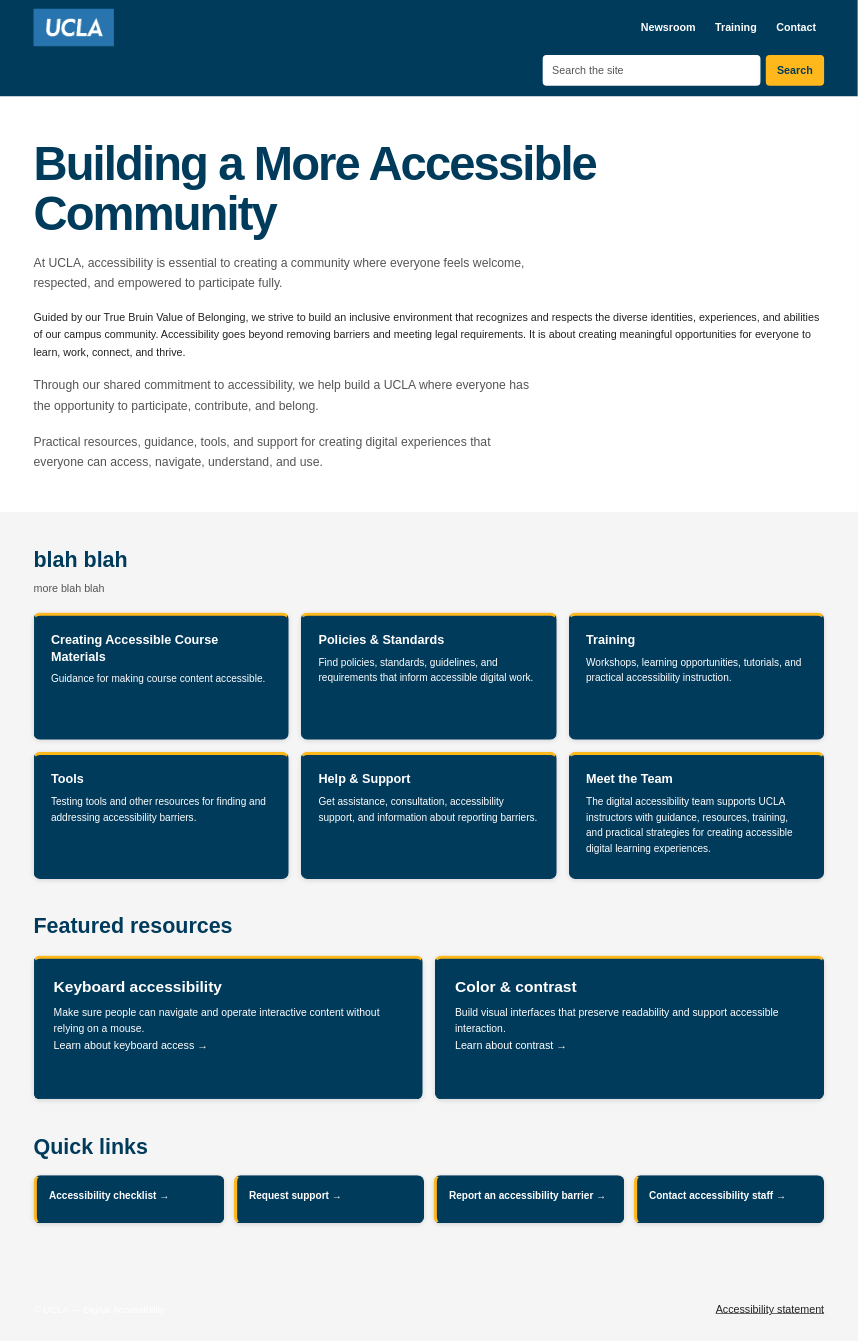
Repository: PSunnywell/UCLA-A11y-barrier-page
Page: index.html
These files come from the project's save history. The page is drawn as it stood at one moment and after the next save; the edit follows.
The browser window is 1280 px wide. The pictures show the whole page, at 67% of full size.

Above is the page before, as saved 2026-10-13 16:04:46.
Not found: search.js

After the next save:
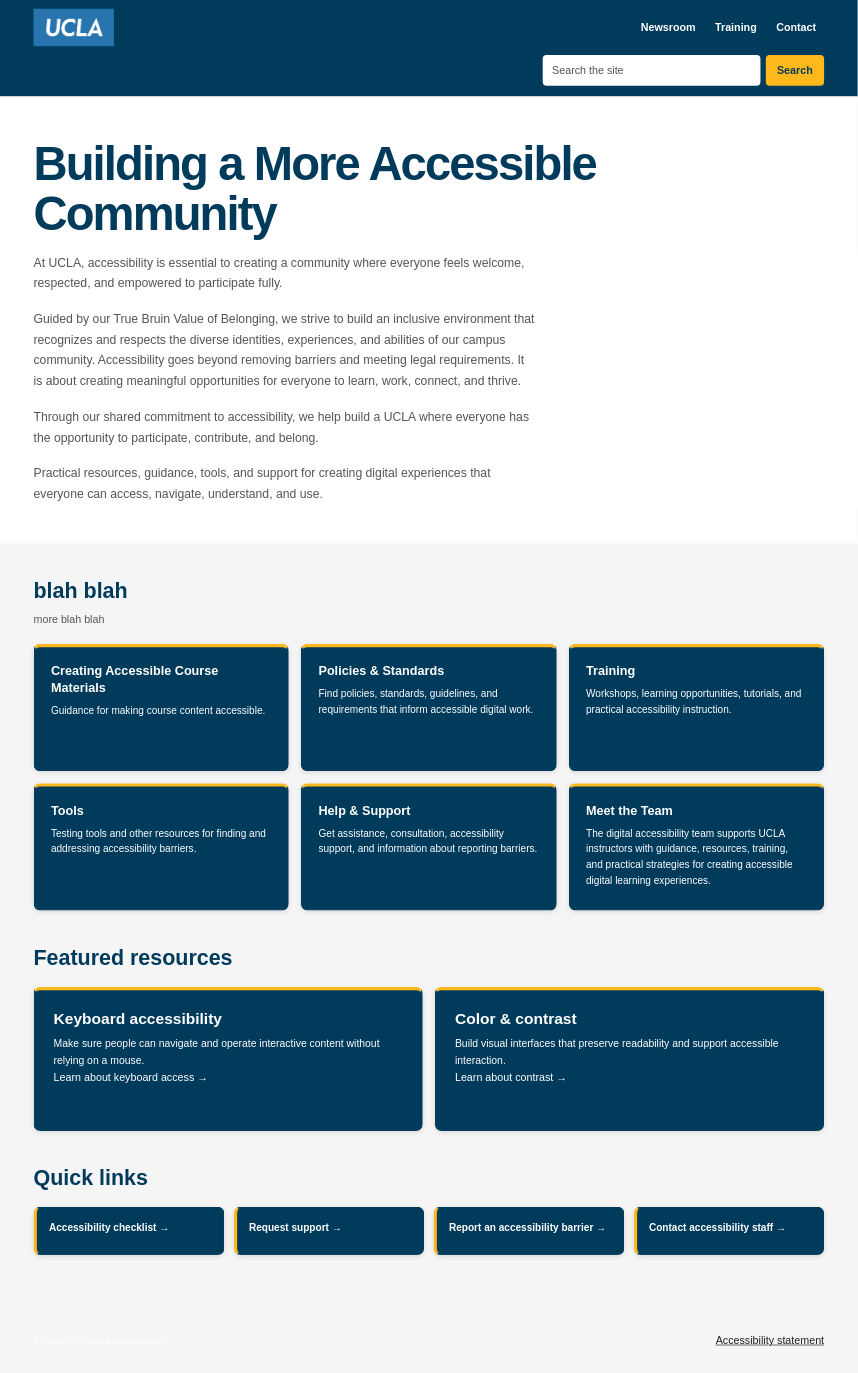
Saved 20 s later.
--- a/index.html
+++ b/index.html
@@ -52,7 +52,7 @@
 
       <p>At UCLA, accessibility is essential to creating a community where everyone feels welcome, respected, and empowered to participate fully.</p>
 
-<p></p>Guided by our True Bruin Value of Belonging, we strive to build an inclusive environment that recognizes and respects the diverse identities, experiences, and abilities of our campus community. Accessibility goes beyond removing barriers and meeting legal requirements. It is about creating meaningful opportunities for everyone to learn, work, connect, and thrive.</p>
+<p>Guided by our True Bruin Value of Belonging, we strive to build an inclusive environment that recognizes and respects the diverse identities, experiences, and abilities of our campus community. Accessibility goes beyond removing barriers and meeting legal requirements. It is about creating meaningful opportunities for everyone to learn, work, connect, and thrive.</p>
 
 <p>Through our shared commitment to accessibility, we help build a UCLA where everyone has the opportunity to participate, contribute, and belong.</p>
 
